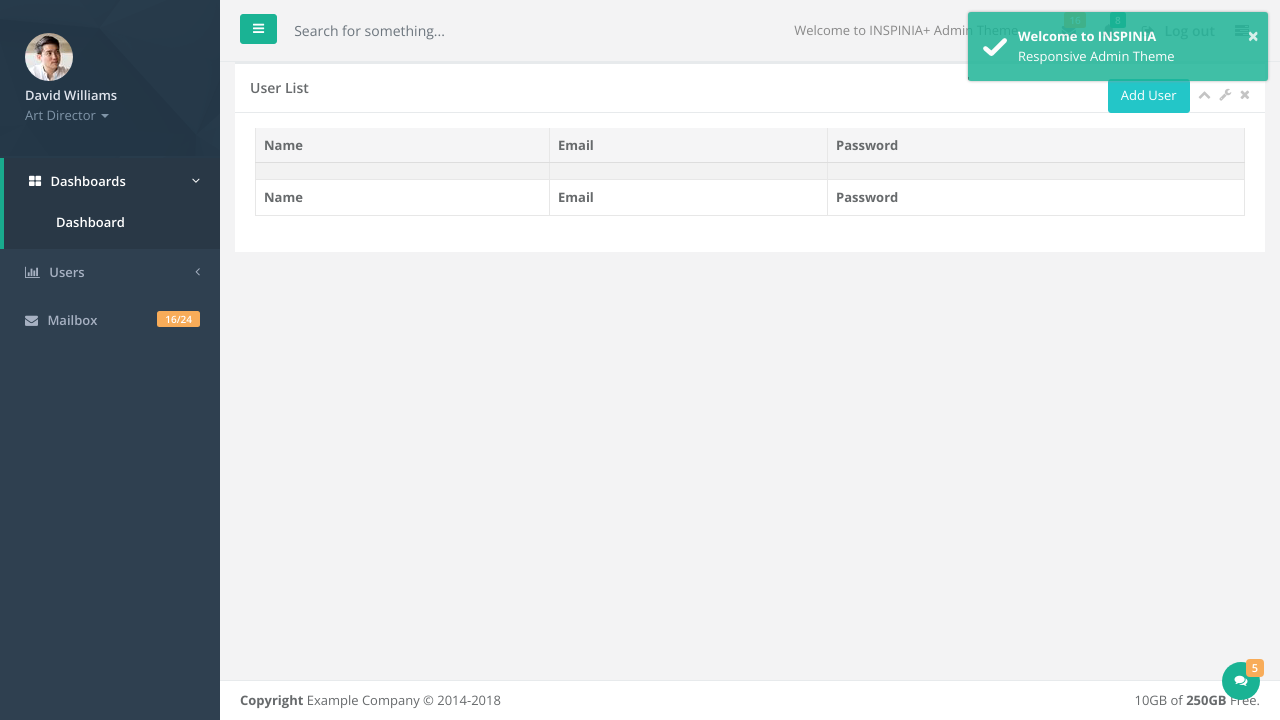
Repository: WAQARHUSSAIN12/quiz
Page: http://localhost/users
The author's editor kept a copy of each file at every save. The page is drawn from the files as they stood at one save, then again after the next save.
The browser window is 1280 px wide. The pictures show the whole page.
The page is served by the project's Laravel application, run on PHP 8.4 with Laravel 9. Other server files are loaded and not shown.

Above is the page before, as saved 2024-08-12 12:27:14.
Console error: TypeError: Cannot read properties of undefined (reading 'plugins')

### routes/web.php
<?php

use Illuminate\Support\Facades\Route;
use App\Http\Controllers\Admin\HomeController;
use App\Http\Controllers\Admin\UserController;


/*
|--------------------------------------------------------------------------
| Web Routes
|--------------------------------------------------------------------------
|
| Here is where you can register web routes for your application. These
| routes are loaded by the RouteServiceProvider within a group which
| contains the "web" middleware group. Now create something great!
|
*/

Route::get('/', [HomeController::class,"dashboard"])->name("admin.dashboard");

Route::get('users', [UserController::class,"index"])->name("admin.users");

### app/Http/Controllers/Admin/UserController.php
<?php

namespace App\Http\Controllers\Admin;

use App\Http\Controllers\Controller;
use Illuminate\Http\Request;
use Yajra\DataTables\DataTables;
use App\Models\User;

class UserController extends Controller
{
    //
    public function index(Request $request){

        if ($request->ajax()){
            $user = User::select(['name', 'email', 'created_at']); // Adjust the columns accordingly
            return DataTables::of($user)->make(true);

        }

        return view('backend.users.index');
    }
}

### resources/views/backend/users/index.blade.php
@extends('backend.layout.layout')

@section('title', 'User List')

@section('content')

<link href="{{asset('assets/css/plugins/dataTables/datatables.min.css')}}" rel="stylesheet">

<div class="row">

    <div class="col-lg-12">
        <div class="ibox ">
            <div class="ibox-title">
                <h5>User List</h5>
                <div class="ibox-tools">
                    <button class="btn btn-info" id="add_user_btn"> Add User  </button>

                    <a class="collapse-link">
                        <i class="fa fa-chevron-up"></i>
                    </a>
                    <a class="dropdown-toggle" data-toggle="dropdown" href="#">
                        <i class="fa fa-wrench"></i>
                    </a>
                    <ul class="dropdown-menu dropdown-user">
                        <li><a href="#" class="dropdown-item">Config option 1</a>
                        </li>
                        <li><a href="#" class="dropdown-item">Config option 2</a>
                        </li>
                    </ul>
                    <a class="close-link">
                        <i class="fa fa-times"></i>
                    </a>

                </div>
            </div>
            <div class="ibox-content">

                <div class="table-responsive">
                    <table class="table table-striped table-bordered table-hover dataTables-example">
                        <thead>
                            <tr>
                                <th>Name</th>
                                <th>Email</th>
                                <th>Password</th>
                            </tr>
                        </thead>
                        <tbody>
                            <tr>
                                <td class="center"></td>
                                <td class="center"></td>
                                <td class="center"></td>
                            </tr>
                        </tbody>
                        <tfoot>
                            <tr>
                                <th>Name</th>
                                <th>Email</th>
                                <th>Password</th>
                            </tr>
                        </tfoot>
                    </table>
                </div>

            </div>
        </div>

    </div>
</div>

@endsection

@push('script')

<script src="{{asset('assets/js/plugins/dataTables/datatables.min.js')}}"></script>
<script src="{{asset('assets/js/plugins/dataTables/dataTables.bootstrap4.min.js')}}"></script>

    <!-- Page-Level Scripts -->
    <script>
        $(document).ready(function(){
            // $('.dataTables-example').DataTable({
            //     pageLength: 25,
            //     responsive: true,
            //     dom: '<"html5buttons"B>lTfgitp',
            //     buttons: [
            //         { extend: 'copy'},
            //         {extend: 'csv'},
            //         {extend: 'excel', title: 'ExampleFile'},
            //         {extend: 'pdf', title: 'ExampleFile'},

            //         {extend: 'print',
            //          customize: function (win){
            //                 $(win.document.body).addClass('white-bg');
            //                 $(win.document.body).css('font-size', '10px');

            //                 $(win.document.body).find('table')
            //                         .addClass('compact')
            //                         .css('font-size', 'inherit');
            //         }
            //         }
            //     ]

            // });
        });

        $(document).ready(function() {
        $('.dataTables-example').DataTable({
            processing: true,
            serverSide: true,
            dom: '<"html5buttons"B>lTfgitp',
            buttons: [
                    { extend: 'copy'},
                    {extend: 'csv'},
                    {extend: 'excel', title: 'ExampleFile'},
                    {extend: 'pdf', title: 'ExampleFile'},

                    {extend: 'print',
                     customize: function (win){
                            $(win.document.body).addClass('white-bg');
                            $(win.document.body).css('font-size', '10px');

                            $(win.document.body).find('table')
                                    .addClass('compact')
                                    .css('font-size', 'inherit');
                    }
                    }
            ],
            ajax: "{{ route('admin.users') }}",
            columns: [
                { data: 'name'},
                { data: 'email'},
                { data: 'created_at'},
                // { data: 'action', name: 'action', orderable: false, searchable: false },
            ]
        });
    });

    </script>

@endpush

### resources/views/backend/layout/navigation.blade.php
<nav class="navbar-default navbar-static-side" role="navigation">
    <div class="sidebar-collapse">
        <ul class="nav metismenu" id="side-menu">
            <li class="nav-header">
                <div class="dropdown profile-element">
                    <img alt="image" class="rounded-circle" src="{{asset('assets/img/profile_small.jpg')}}" />
                    <a data-toggle="dropdown" class="dropdown-toggle" href="#">
                        <span class="block m-t-xs font-bold">David Williams</span>
                        <span class="text-muted text-xs block">Art Director <b class="caret"></b></span>
                    </a>
                    <ul class="dropdown-menu animated fadeInRight m-t-xs">
                        <li><a class="dropdown-item" href="profile.html">Profile</a></li>
                        <li><a class="dropdown-item" href="contacts.html">Contacts</a></li>
                        <li><a class="dropdown-item" href="mailbox.html">Mailbox</a></li>
                        <li class="dropdown-divider"></li>
                        <li><a class="dropdown-item" href="login.html">Logout</a></li>
                    </ul>
                </div>
                <div class="logo-element">
                    IN+
                </div>
            </li>
            <li class="active">
                <a href="index.html"><i class="fa fa-th-large"></i> <span class="nav-label">Dashboards</span> <span
                        class="fa arrow"></span></a>
                <ul class="nav nav-second-level">
                    <li class="active"><a href="index.html">Dashboard</a></li>
                </ul>
            </li>
            <li>
                <a href="#"><i class="fa fa-bar-chart-o"></i> <span class="nav-label">Users</span><span
                        class="fa arrow"></span></a>
                <ul class="nav nav-second-level collapse">
                    <li><a href="{{route('admin.users')}}">Users</a></li>
                </ul>
            </li>
            <li>
                <a href="mailbox.html"><i class="fa fa-envelope"></i> <span class="nav-label">Mailbox </span><span
                        class="label label-warning float-right">16/24</span></a>
                <ul class="nav nav-second-level collapse">
                    <li><a href="mailbox.html">Inbox</a></li>
                    <li><a href="mail_detail.html">Email view</a></li>
                    <li><a href="mail_compose.html">Compose email</a></li>
                    <li><a href="email_template.html">Email templates</a></li>
                </ul>
            </li>
        </ul>

    </div>
</nav>

### resources/views/backend/layout/topbar.blade.php
<div class="row border-bottom">
    <nav class="navbar navbar-static-top" role="navigation" style="margin-bottom: 0">
        <div class="navbar-header">
            <a class="navbar-minimalize minimalize-styl-2 btn btn-primary " href="#"><i class="fa fa-bars"></i> </a>
            <form role="search" class="navbar-form-custom" action="search_results.html">
                <div class="form-group">
                    <input type="text" placeholder="Search for something..." class="form-control" name="top-search"
                        id="top-search">
                </div>
            </form>
        </div>
        <ul class="nav navbar-top-links navbar-right">
            <li style="padding: 20px">
                <span class="m-r-sm text-muted welcome-message">Welcome to INSPINIA+ Admin Theme.</span>
            </li>
            <li class="dropdown">
                <a class="dropdown-toggle count-info" data-toggle="dropdown" href="#">
                    <i class="fa fa-envelope"></i> <span class="label label-warning">16</span>
                </a>
                <ul class="dropdown-menu dropdown-messages dropdown-menu-right">
                    <li>
                        <div class="dropdown-messages-box">
                            <a class="dropdown-item float-left" href="profile.html">
                                <img alt="image" class="rounded-circle" src="{{asset('assets/img/a7.jpg')}}">
                            </a>
                            <div class="media-body">
                                <small class="float-right">46h ago</small>
                                <strong>Mike Loreipsum</strong> started following <strong>Monica Smith</strong>. <br>
                                <small class="text-muted">3 days ago at 7:58 pm - 10.06.2014</small>
                            </div>
                        </div>
                    </li>
                    <li class="dropdown-divider"></li>
                    <li>
                        <div class="dropdown-messages-box">
                            <a class="dropdown-item float-left" href="profile.html">
                                <img alt="image" class="rounded-circle" src="{{asset('assets/img/a4.jpg')}}">
                            </a>
                            <div class="media-body ">
                                <small class="float-right text-navy">5h ago</small>
                                <strong>Chris Johnatan Overtunk</strong> started following <strong>Monica
                                    Smith</strong>. <br>
                                <small class="text-muted">Yesterday 1:21 pm - 11.06.2014</small>
                            </div>
                        </div>
                    </li>
                    <li class="dropdown-divider"></li>
                    <li>
                        <div class="dropdown-messages-box">
                            <a class="dropdown-item float-left" href="profile.html">
                                <img alt="image" class="rounded-circle" src="{{asset('assets/img/profile.jpg')}}">
                            </a>
                            <div class="media-body ">
                                <small class="float-right">23h ago</small>
                                <strong>Monica Smith</strong> love <strong>Kim Smith</strong>. <br>
                                <small class="text-muted">2 days ago at 2:30 am - 11.06.2014</small>
                            </div>
                        </div>
                    </li>
                    <li class="dropdown-divider"></li>
                    <li>
                        <div class="text-center link-block">
                            <a href="mailbox.html" class="dropdown-item">
                                <i class="fa fa-envelope"></i> <strong>Read All Messages</strong>
                            </a>
                        </div>
                    </li>
                </ul>
            </li>
            <li class="dropdown">
                <a class="dropdown-toggle count-info" data-toggle="dropdown" href="#">
                    <i class="fa fa-bell"></i> <span class="label label-primary">8</span>
                </a>
                <ul class="dropdown-menu dropdown-alerts">
                    <li>
                        <a href="mailbox.html" class="dropdown-item">
                            <div>
                                <i class="fa fa-envelope fa-fw"></i> You have 16 messages
                                <span class="float-right text-muted small">4 minutes ago</span>
                            </div>
                        </a>
                    </li>
                    <li class="dropdown-divider"></li>
                    <li>
                        <a href="profile.html" class="dropdown-item">
                            <div>
                                <i class="fa fa-twitter fa-fw"></i> 3 New Followers
                                <span class="float-right text-muted small">12 minutes ago</span>
                            </div>
                        </a>
                    </li>
                    <li class="dropdown-divider"></li>
                    <li>
                        <a href="grid_options.html" class="dropdown-item">
                            <div>
                                <i class="fa fa-upload fa-fw"></i> Server Rebooted
                                <span class="float-right text-muted small">4 minutes ago</span>
                            </div>
                        </a>
                    </li>
                    <li class="dropdown-divider"></li>
                    <li>
                        <div class="text-center link-block">
                            <a href="notifications.html" class="dropdown-item">
                                <strong>See All Alerts</strong>
                                <i class="fa fa-angle-right"></i>
                            </a>
                        </div>
                    </li>
                </ul>
            </li>


            <li>
                <a href="login.html">
                    <i class="fa fa-sign-out"></i> Log out
                </a>
            </li>
            <li>
                <a class="right-sidebar-toggle">
                    <i class="fa fa-tasks"></i>
                </a>
            </li>
        </ul>

    </nav>
</div>

### resources/views/backend/layout/footer.blade.php
<div class="footer">
    <div class="float-right">
        10GB of <strong>250GB</strong> Free.
    </div>
    <div>
        <strong>Copyright</strong> Example Company &copy; 2014-2018
    </div>
</div>

Loaded but not shown: app/Http/Controllers/Controller.php (common file); public/assets/css/bootstrap.min.css (library); public/assets/font-awesome/css/font-awesome.css (library); public/assets/css/plugins/toastr/toastr.min.css (library); public/assets/css/animate.css (library); public/assets/css/style.css (library); public/assets/css/plugins/dataTables/datatables.min.css (library); public/assets/js/jquery-3.1.1.min.js (library); public/assets/js/popper.min.js (library); public/assets/js/bootstrap.js (library); public/assets/js/plugins/slimscroll/jquery.slimscroll.min.js (library); public/assets/js/plugins/flot/jquery.flot.tooltip.min.js (library); public/assets/js/plugins/peity/jquery.peity.min.js (library); public/assets/js/plugins/pace/pace.min.js (library); public/assets/js/plugins/jquery-ui/jquery-ui.min.js (library); public/assets/js/plugins/gritter/jquery.gritter.min.js (library); public/assets/js/plugins/sparkline/jquery.sparkline.min.js (library); public/assets/js/plugins/toastr/toastr.min.js (library); public/assets/js/plugins/dataTables/dataTables.bootstrap4.min.js (common file); public/assets/js/inspinia.js (313 lines, source omitted); public/assets/js/demo/sparkline-demo.js (51 lines, source omitted); public/assets/js/demo/peity-demo.js (33 lines, source omitted); resources/views/backend/layout/layout.blade.php (720 lines, source omitted)

After the next save:
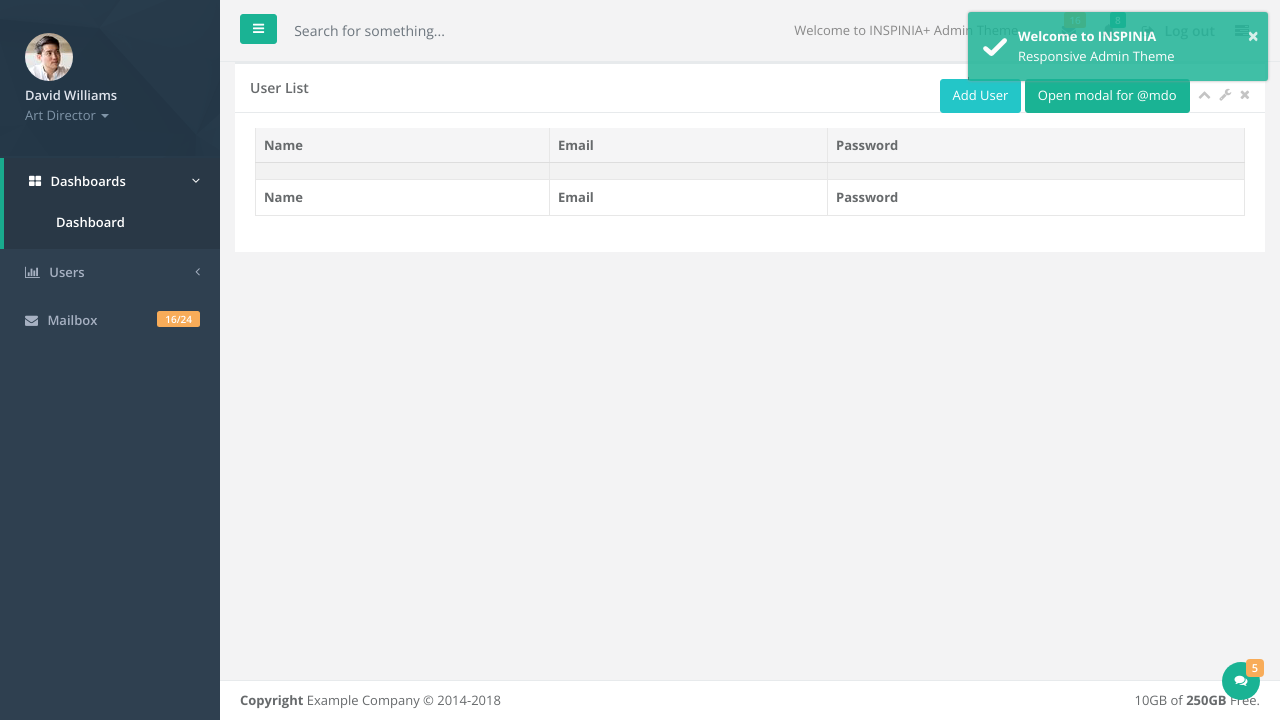
Saved 9 min 9 s later.
--- a/resources/views/backend/users/index.blade.php
+++ b/resources/views/backend/users/index.blade.php
@@ -14,6 +14,7 @@
                 <h5>User List</h5>
                 <div class="ibox-tools">
                     <button class="btn btn-info" id="add_user_btn"> Add User  </button>
+                    <button type="button" class="btn btn-primary" data-toggle="modal" data-target="#exampleModal" data-whatever="@mdo">Open modal for @mdo</button>
 
                     <a class="collapse-link">
                         <i class="fa fa-chevron-up"></i>
